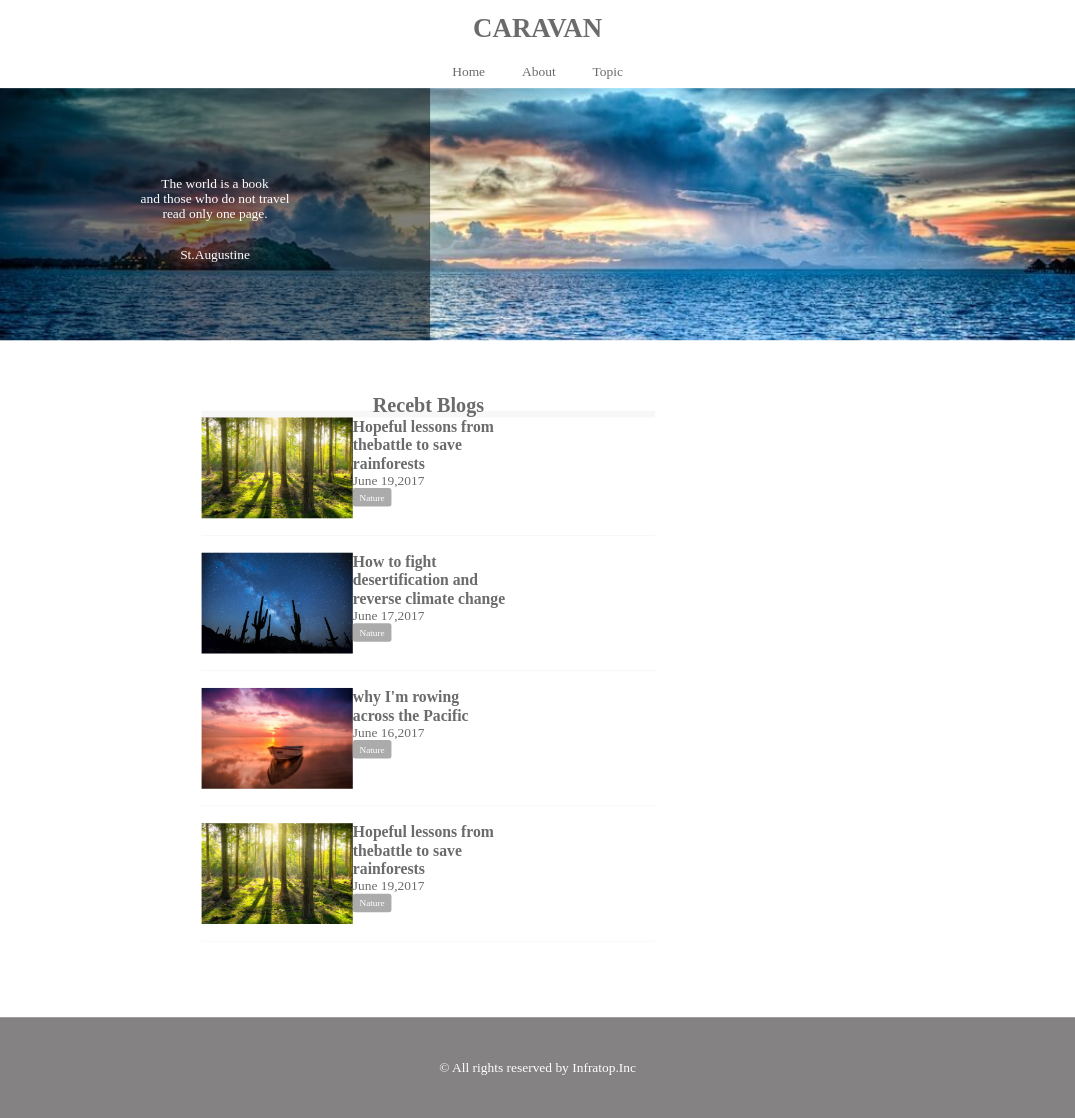
Repository: ego-boosting/html-practice1
Page: caravan/index.html
The author's editor kept a record of every edit. The page is drawn from the files as they stood at one moment, then again after the next edit.
The browser window is 1280 px wide. The pictures show the whole page, at 84% of full size.

Above is the page before.

### caravan/index.html
<!DOCTYPE html>
<html lang="ja">

  <head>
    <meta charset="UTF-8" />
    <link rel="stylesheet" href="style.css" />
    <title>CARAVAN</title>
  </head>

  <body>

    <header>
      <h1 class="heading">
        <a href="index.html">
          CARAVAN
        </a>

      </h1>
    </header>

    <nav>

      <ul class="nav-list">
        <li class="nav-list-item">
          <a href="index.html">Home</a>
        </li>
        <li class="nav-list-item">About</li>
        <li class="nav-list-item">Topic</li>

      </ul>

    </nav>


    <div class="main-visual">
      <div class="main-visual-content">

       <p class="main-visual-text">
         The world is a book<br/>
         and those who do not travel<br/>
         read only one page.
       </p>
       <p class="main-visual-name">
         St.Augustine
       </p>
       </div>
    </div>

    <main>

      <section class="blog">

       <h2 class="blog-heading">Recebt Blogs</h2>

      <div class="blog-box">
       <div class="blog-item">
        <img class="blog-image"src="img/forest.jpg">
        <section class="blog-text">
         <h3 class="blog-text-heading">
          <a href="sigle.html">
               Hopeful lessons from<br/>
               thebattle to save<br/>
               rainforests
          </a>
         </h3>
         <p class="blog-date">June 19,2017</p>
         <span class="category">Nature</span>
        </section>
       </div>
       <div class="blog-item">
        <img class="blog-image"src="img/desert.jpg">
        <section class="blog-text">
         <h3 class ="blog-text-heading">
          <a href="sigle.html">
               How to fight<br/>
               desertification and<br/>
               reverse climate change
          </a>
         </h3>
         <p class="blog-date">June 17,2017</p>
         <span class="category">Nature</span>
        </section>
       </div>
       <div class="blog-item">
        <img class="blog-image"src="img/sunset.jpg">
        <section class="blog-text">
         <h3 class="blog-text-heading">
          <a href="sigle.html">
                why I'm rowing<br/>
                across the Pacific
          </a>
         </h3>
         <p class="blog-date">June 16,2017</p>
         <span class="category">Nature</span>
        </section>
       </div>

       <div class="blog-item">
        <img class="blog-image"src="img/forest.jpg">
        <section class="blog-text">
         <h3>
          <a href="sigle.html">
               Hopeful lessons from</br>
               thebattle to save</br>
               rainforests
          </a>
         </h3>
         <p class="blog-date">June 19,2017</p>
         <span class="category">Nature</span>
        </section>
       </div>

       </div>

      </section>

      <div class="sidebar"></div>

      </main>

    </div>

    <footer>
      <p class="footer-text">© All rights reserved by Infratop.Inc️</p>
    </footer>
  </body>
</html>

### caravan/style.css
* {
  margin: 0;
  padding: 0;
  box-sizing: border-box;
  color:#6c6b6b;
}

a{
  text-decoration:none;
}

header{
  width:90%;
  padding:15px 0;
  margin:0 auto;
  text-align:center;
}

header.heading{
  font-size:32px;
}

.nav-list{
  text-align:center;
  padding:10px 0;
  margin:0 auto;
}

.nav-list-item{
  list-style:none;
  display:inline-block;
  margin:0 20px;
}

.main-visual {
  width: 100%;
  height: 300px;
  background-image:url(img/mv.jpg);
  background-size:cover;
  background-position:center;
}

.main-visual-content {
  width: 40%;
  height: 300px;
  background-color:rgba(0,0,0,0.5);
  text-align:center;
  padding-top:105px;
}

.main-visual-text{
  color:#fff;
}

.main-visual-name{
  margin-top:30px;
  color:#fff;
}

main{
  width:800px;
  display:flex;
  justify-content:center;
  margin:0 auto;
  padding:70px 0;
}

.blog {
  width:540px;
  margin-right:30px;
}

.blog-heading{
  border-bottom:8px solid#f7f7f7;
  text-align:center;
  line-height:0.6;
}

.blog-item{
  padding-bottom:20px;
  margin-bottom:20px;
  border-bottom:1px solid#f7f7f7;
  display:flex;
  justify-content:flex-start;
}

.blog-image{
  width:180px;
}

.category{
  display:inline-block;
  padding:5px 8px;
  background-color:#acabab;
  border-radius:3px;
  color:#fff;
  font-size:11px;
}

.sidebar {
  width:230px;
}

footer{
  width:100%;
  height:120px;
  text-align:center;
  line-height:120px;
  background-color:#848282;
}

.footer-text{
  color:#fff;
}

After the next edit:
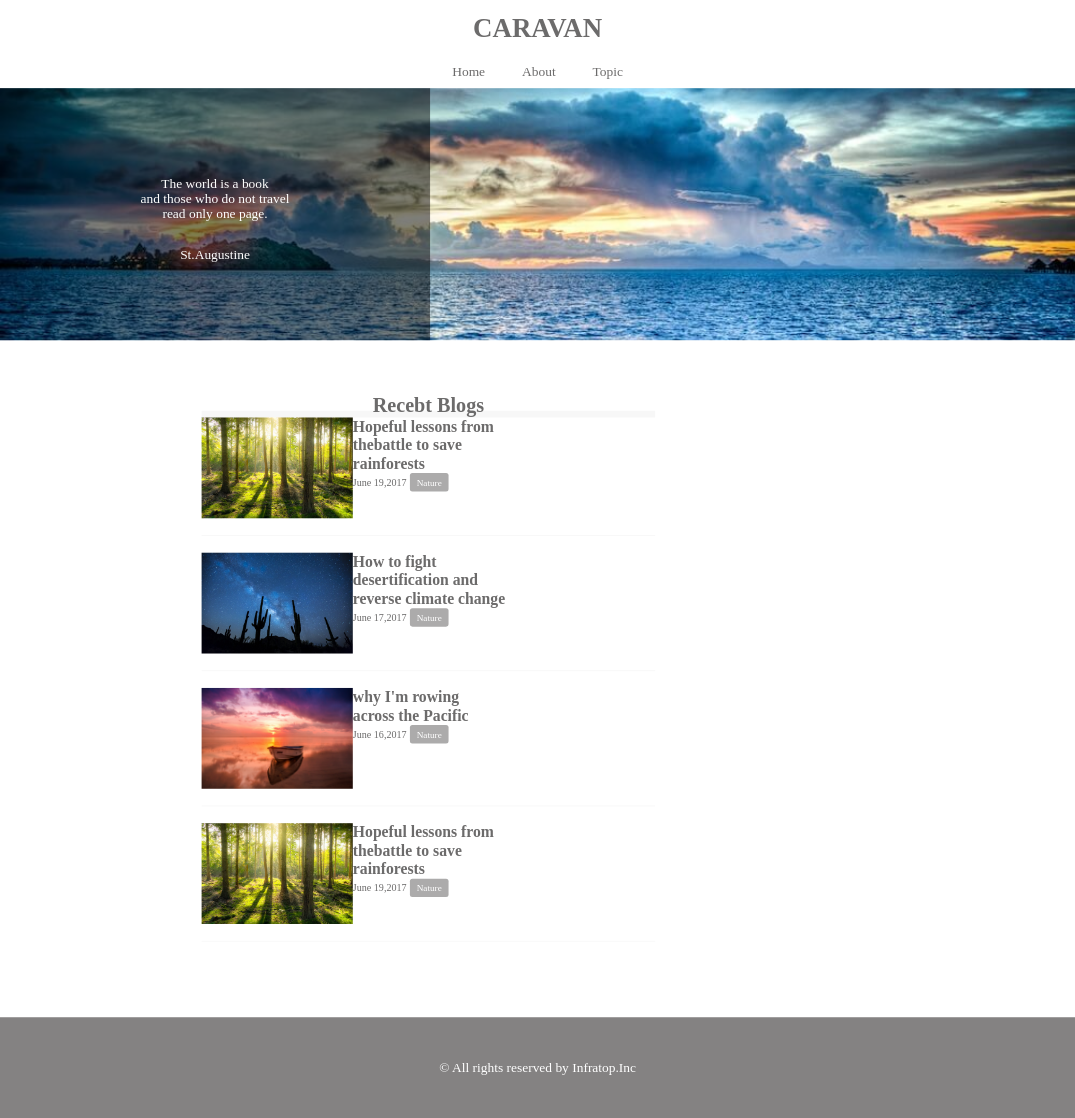
The edit:
--- a/caravan/style.css
+++ b/caravan/style.css
@@ -88,6 +88,11 @@
   width:180px;
 }
 
+.blog-date{
+  font-size:12px;
+  display:inline-block;
+}
+
 .category{
   display:inline-block;
   padding:5px 8px;
